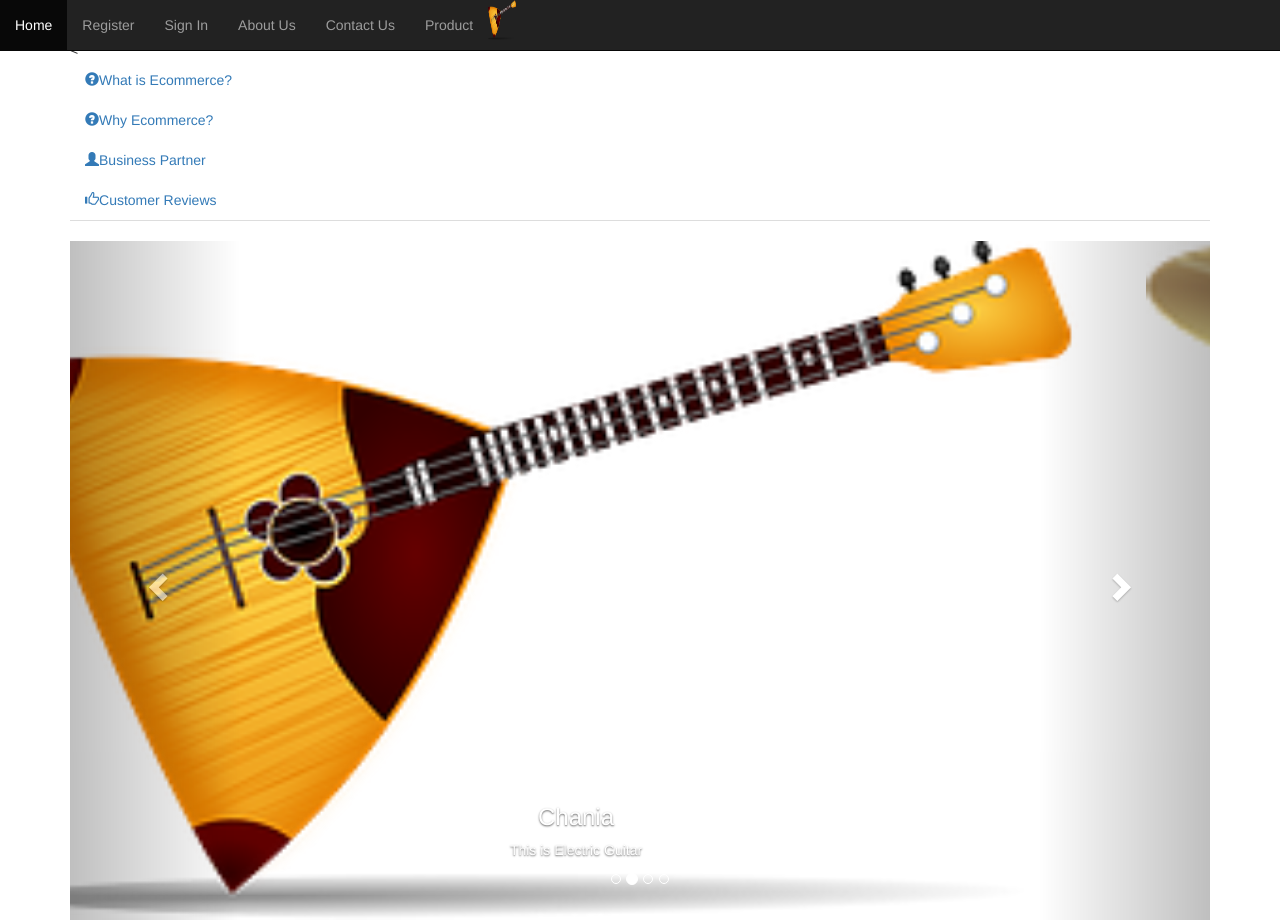
Repository: aradhana15/myFinalRepository
Page: http://localhost/music/WEB-INF/views/index.jsp
The author's editor kept a copy of each file at every save. The page is drawn from the files as they stood at one save, then again after the next save.
The browser window is 1280 px wide. The pictures show the whole page.
The page is served by Tomcat 9. Nobody is signed in. The template is opened directly, without the code that normally fills it, so the values that code supplies are empty.

Above is the page before, as saved 2016-04-23 12:53:15.
Console error (its wording comes from the project's code and is left out).

After the next save:
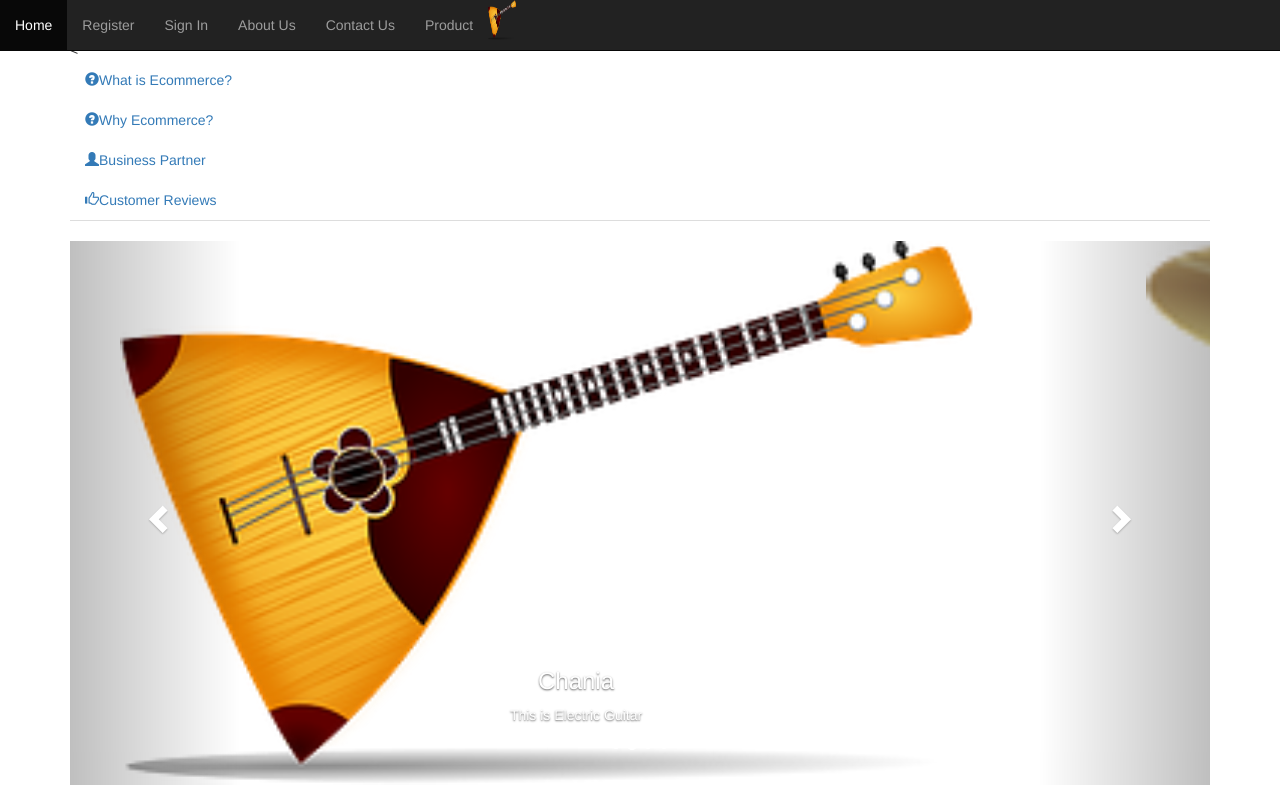
Saved 15 s later.
--- a/wwf/music/src/main/webapp/WEB-INF/views/index.jsp
+++ b/wwf/music/src/main/webapp/WEB-INF/views/index.jsp
@@ -32,7 +32,7 @@
     <!-- Wrapper for slides -->
     <div class="carousel-inner" role="listbox">
       <div class="item active">
-        <img src="<c:url value='/resources/images/guitar.jpg'/>" alt="Chania" style=width:100% style=height:100%/>
+        <img src="<c:url value='/resources/images/guitar.jpg'/>" alt="Chania" style=width:80% style=height:70%/>
         <div class="carousel-caption">
         <h3>Chania</h3>
         <p>This is Electric Guitar</p>
